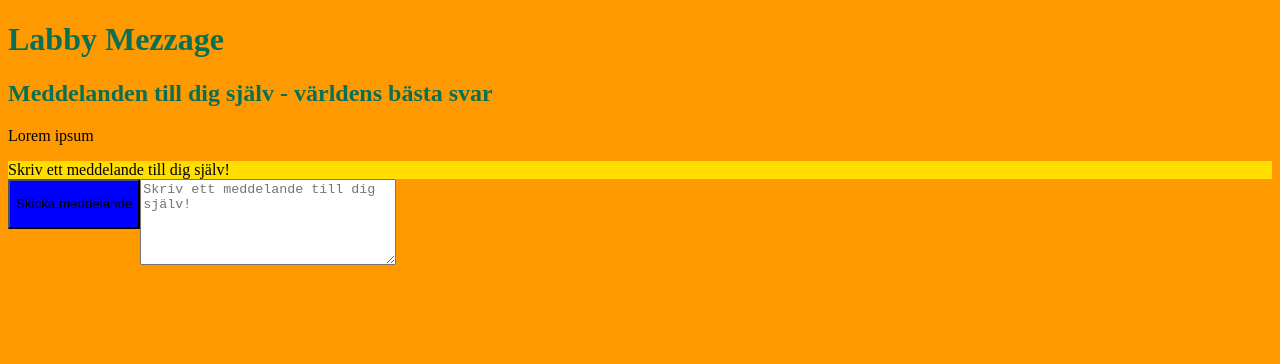
Repository: mi222ep/1dv403-laborationer
Page: 2-labbymezzage/index.html
The author's editor kept a record of every edit. The page is drawn from the files as they stood at one moment, then again after the next edit.
The browser window is 1280 px wide. The pictures show the whole page.

Above is the page before.
Console error: SyntaxError: missing ) after argument list

After the next edit:
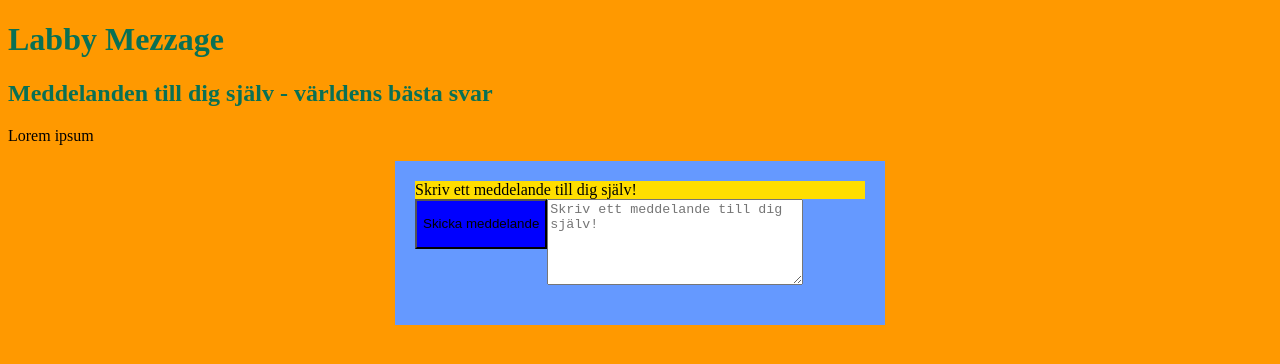
The edit:
--- a/2-labbymezzage/index.html
+++ b/2-labbymezzage/index.html
@@ -11,6 +11,7 @@
     <h1>Labby Mezzage</h1>
     <h2>Meddelanden till dig själv - världens bästa svar</h2>
     <p>Lorem ipsum</p>
+    <div id="messageApp">
     <div id="messagearea">Skriv ett meddelande till dig själv!</div>
 
  			<textarea type="text" id="meddelande" placeholder="Skriv ett meddelande till dig själv!"></textarea>

After the 2 edits that followed:
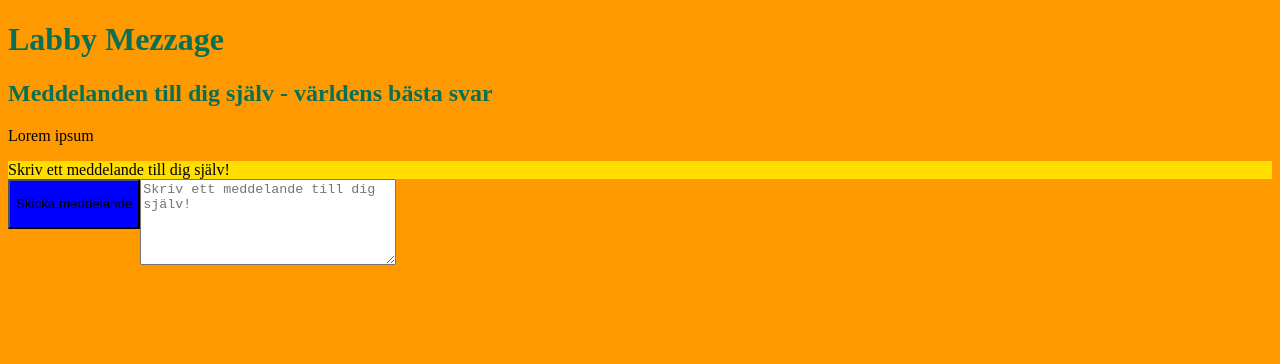
The 2 edits are shown as one change because 1 left the picture as it was.
The edit:
--- a/2-labbymezzage/index.html
+++ b/2-labbymezzage/index.html
@@ -11,11 +11,12 @@
     <h1>Labby Mezzage</h1>
     <h2>Meddelanden till dig själv - världens bästa svar</h2>
     <p>Lorem ipsum</p>
-    <div id="messageApp">
+
     <div id="messagearea">Skriv ett meddelande till dig själv!</div>
 
  			<textarea type="text" id="meddelande" placeholder="Skriv ett meddelande till dig själv!"></textarea>
  			<input id="send" type="submit" value="Skicka meddelande" />
             <p id="messageNumber"></p>
+            </div>
 </body>
 </html>
